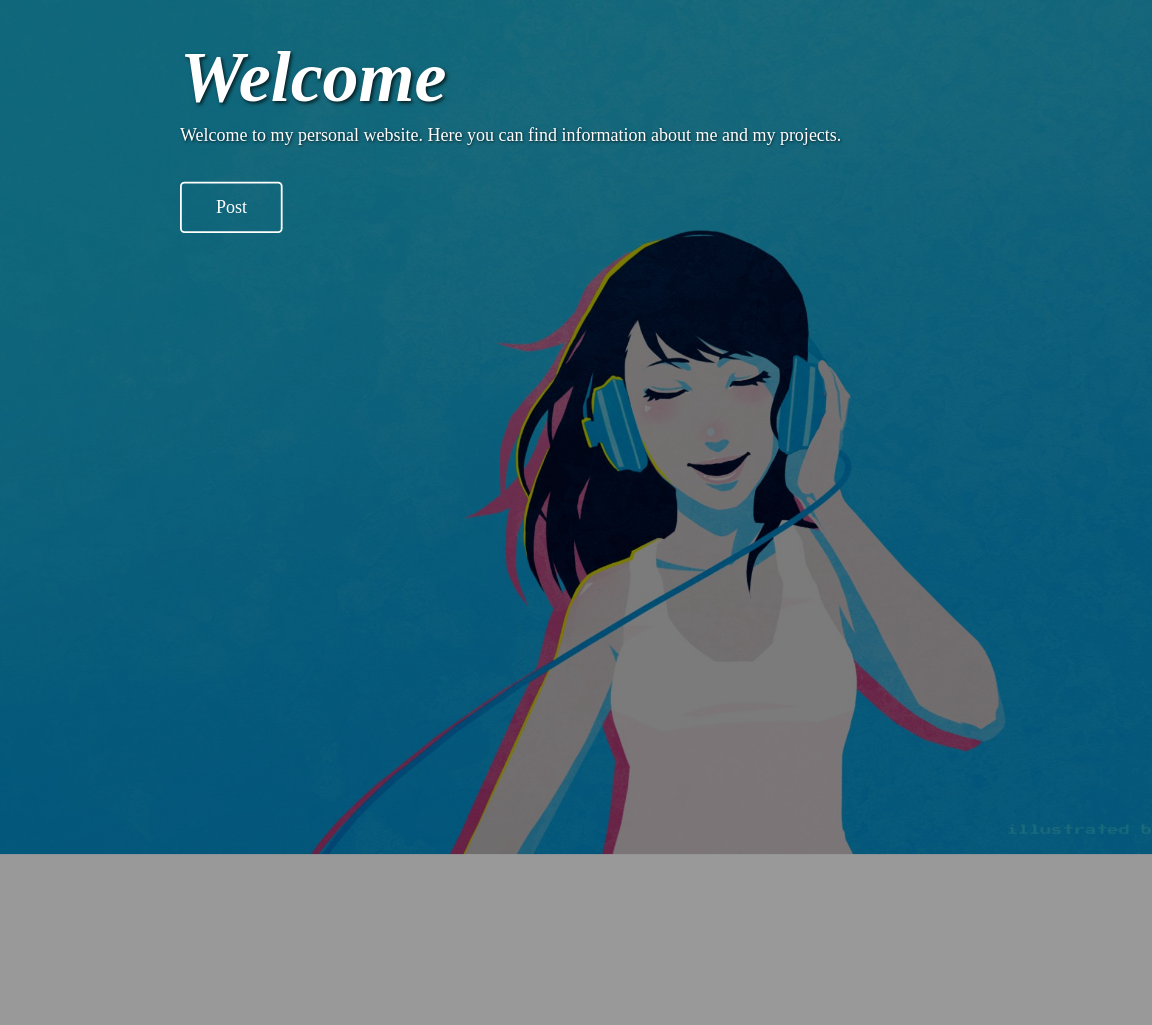
Repository: cydxf/cydxf.github.io
Page: index.html
These files come from the project's save history. The page is drawn as it stood at one moment and after the next save; the edit follows.
The browser window is 1280 px wide. The pictures show the whole page, at 90% of full size.

Above is the page before, as saved 2024-08-02 02:24:55.

After the next save:
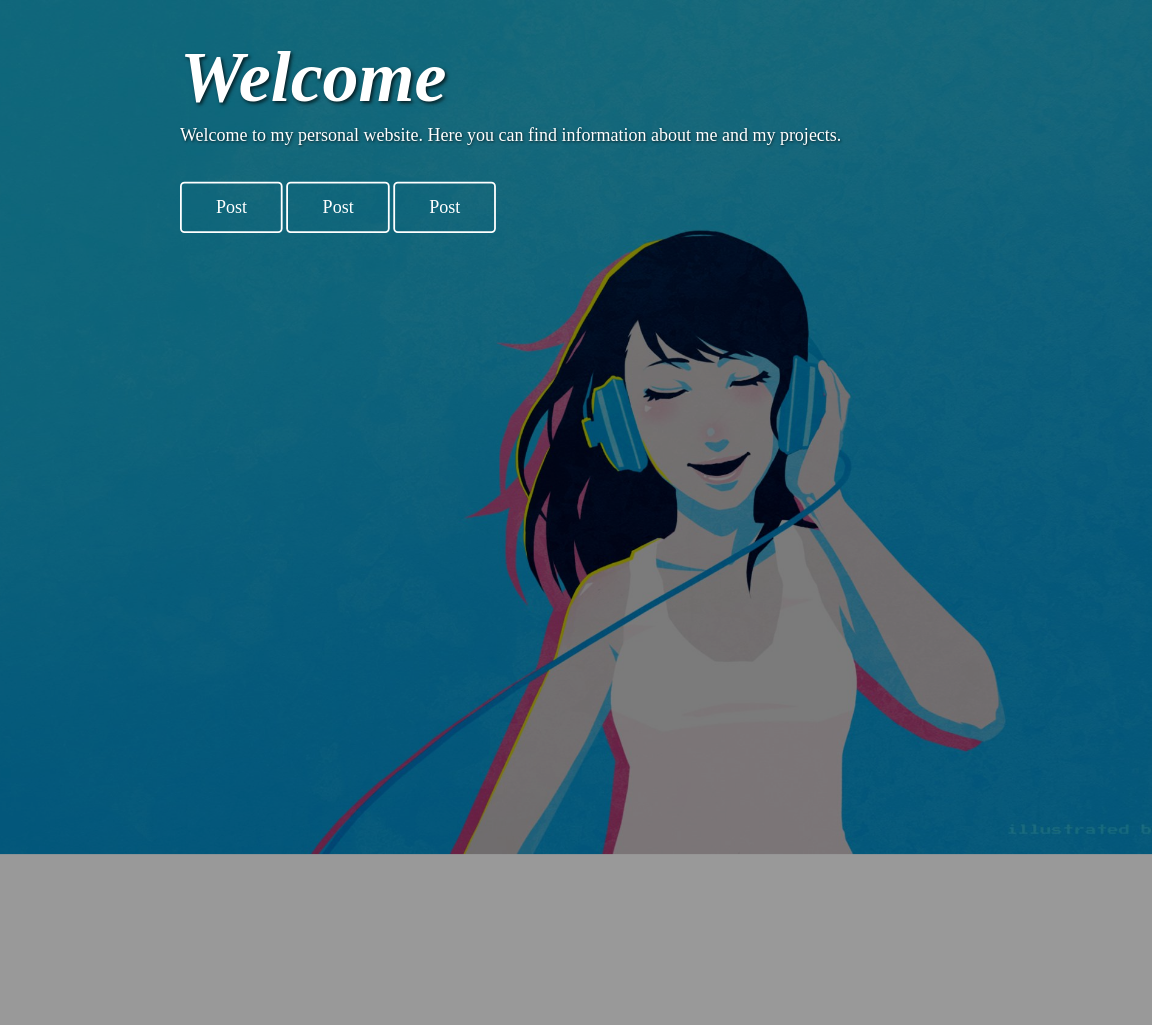
Saved 56 s later.
--- a/index.html
+++ b/index.html
@@ -12,6 +12,8 @@
             <div class="hero-content">
                 <h1>Welcome</h1>
                 <p>Welcome to my personal website. Here you can find information about me and my projects.</p>
+                <a href="" class="button">Post</a>
+                <a href="" class="button">Post</a>
                 <a href="" class="button">Post</a>
             </div>
         </section>
